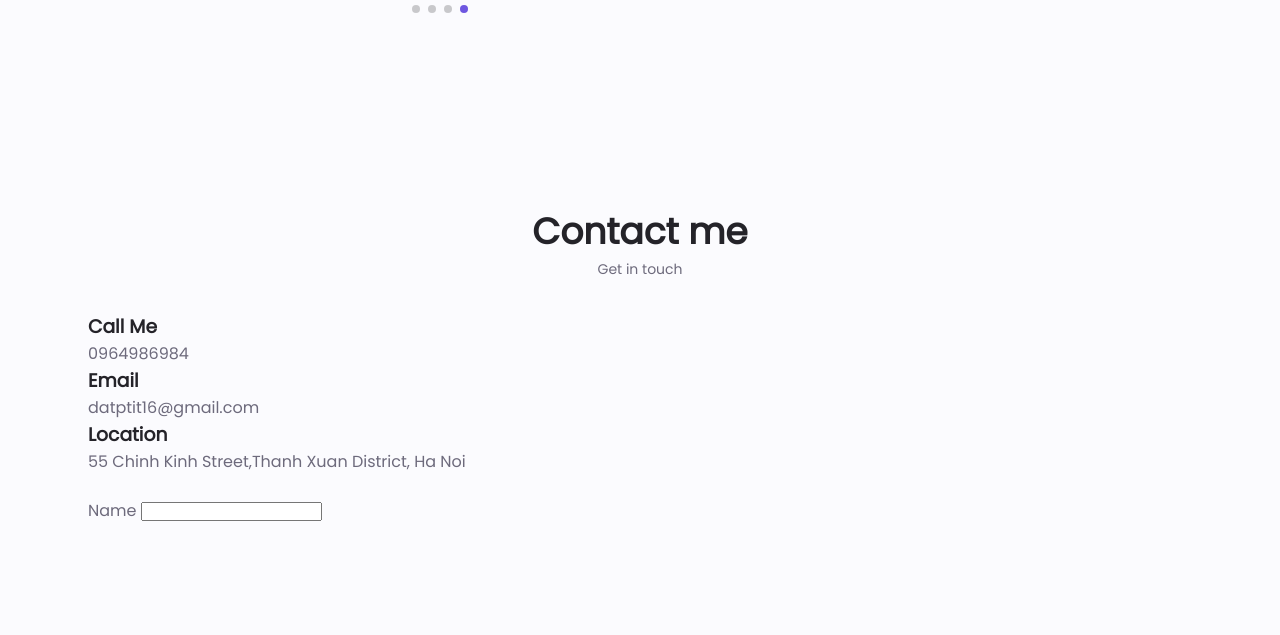
Repository: Datt21/portfolio
Page: index.html
An editor plug-in stored every save of this project. The page is shown before and after the next save, followed by the edit.
The browser window is 1280 px wide. The pictures show the part of the page from y = 3217 to 3950 px (the page is 3852 px tall before and 3950 px after).
Some icons come from a web library that is not loaded, so they are not drawn. A picture or video elsewhere on the page could not be fetched, so the positions and the page height are approximate.

Above is the page before, as saved 2021-07-12 00:57:13.

After the next save:
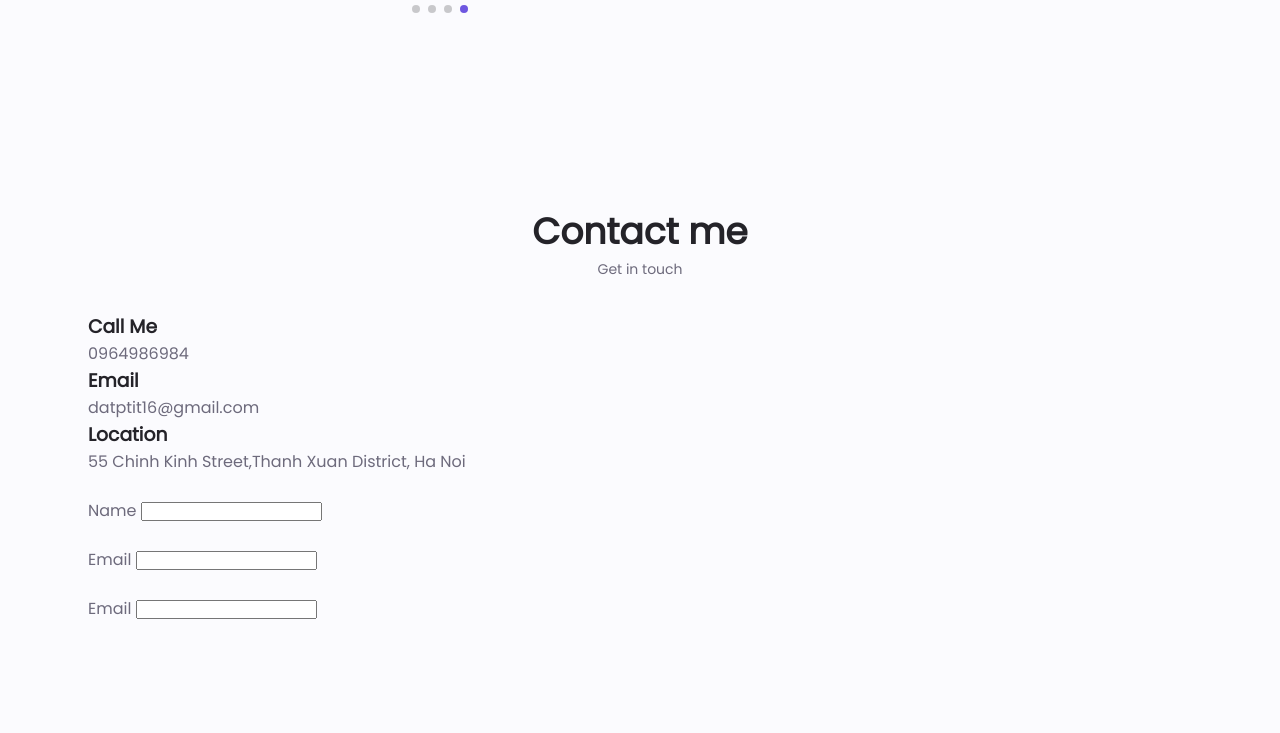
Saved 58 s later.
--- a/index.html
+++ b/index.html
@@ -511,6 +511,16 @@
                                 <label for="" class="contact__label">Name</label>
                                 <input type="text" class="contact__input">
                             </div>
+
+                            <div class="contact__content">
+                                <label for="" class="contact__label">Email</label>
+                                <input type="email" class="contact__input">
+                            </div>
+                        </div>
+
+                        <div class="contact__content">
+                            <label for="" class="contact__label">Email</label>
+                            <input type="text" class="contact__input">
                         </div>
                     </form>
                 </div>
